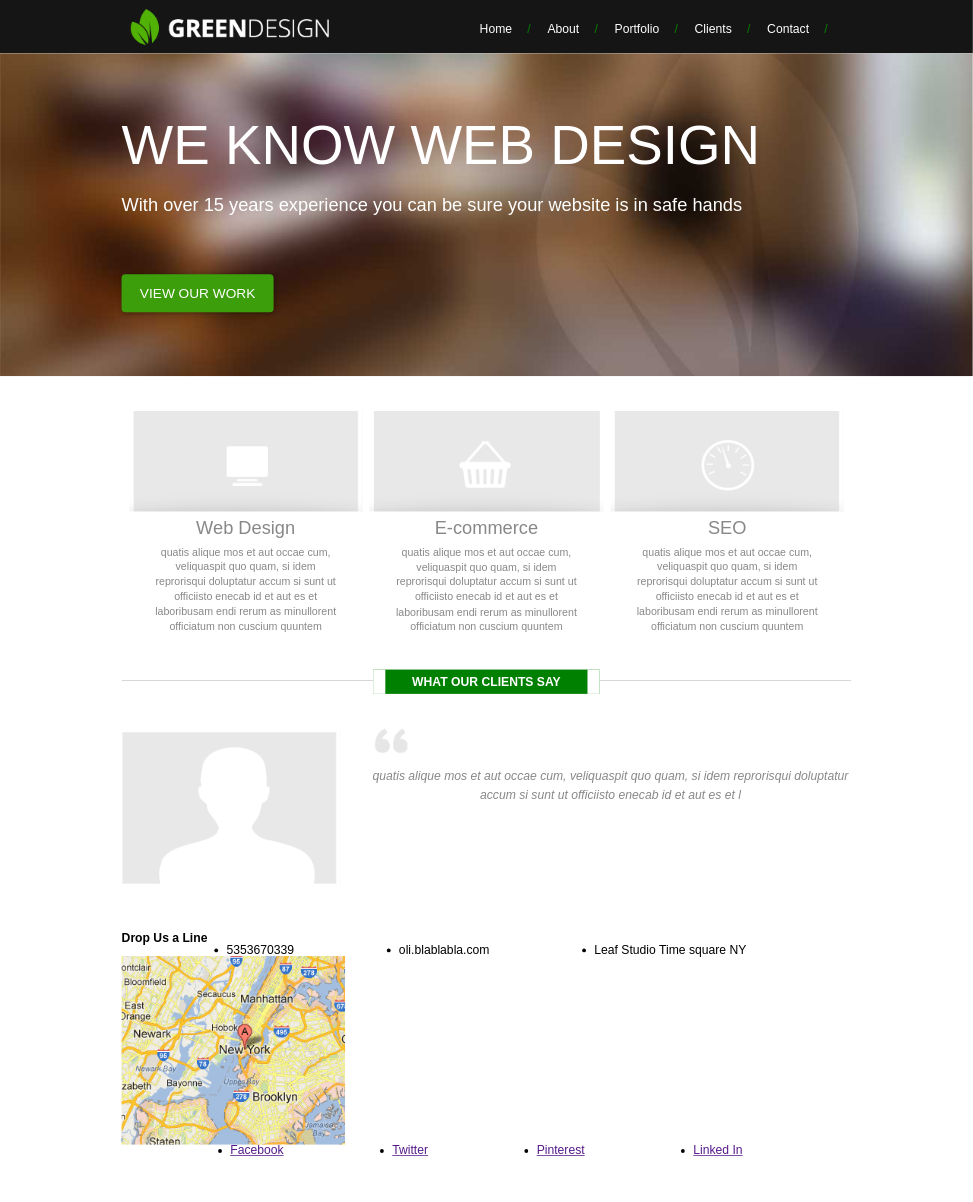
Repository: Piterwk1/psd-to-html
Page: website/index.html
The author's editor kept a copy of each file at every save. The page is drawn from the files as they stood at one save, then again after the next save.
The browser window is 1280 px wide. The pictures show the whole page, at 76% of full size.

Above is the page before, as saved 2021-09-14 21:48:57.

### website/index.html
<html lang="en">

<head>
    <meta charset="UTF-8">
    <meta http-equiv="X-UA-Compatible" content="IE=edge">
    <meta name="viewport" content="width=device-width, initial-scale=1.0">
    <title>Green Design</title>
    <link rel="stylesheet" href="style.css">
</head>

<body>
    <header>
        <div class="wrapper">
            <h1 id="logo">Green Design</h1>
            <nav>
                <h2>Main Navigation</h2>
                <ul>
                    <li><a href="">Home</a><span>/</span></li>
                    <li><a href="">About</a><span>/</span></li>
                    <li><a href="">Portfolio</a><span>/</span></li>
                    <li><a href="">Clients</a><span>/</span></li>
                    <li><a href="">Contact</a><span>/</span></li>
                </ul>
            </nav>
        </div>
    </header>
    <div id="lead-banner">
        <img src="images/Baner.jpg" alt="main banner">
        <div class="banner-overlay">
            <div class="wrapper">
                <div class="banner-title">We know web Design</div>
                <p>With over 15 years experience you can be sure your website is in safe hands</p>
                <a href="">View our work</a>
            </div>
        </div>
    </div>
    <div id="main-content">

        <div class="wrapper">

            <section id="points-of-sale">
                <h2>Point of Sale</h2>
                <ul>
                    <li>
                        <img src="images/cs1.png" alt="Web Design">
                        <h3>Web Design</h3>
                        <p>quatis alique mos et aut occae cum, veliquaspit quo quam, si idem reprorisqui doluptatur
                            accum si
                            sunt ut officiisto enecab id et aut es et laboribusam endi rerum as minullorent officiatum
                            non
                            cuscium quuntem</p>
                    </li>
                    <li>
                        <img src="images/cs2.png" alt="E-commerce">
                        <h3>E-commerce</h3>
                        <p>quatis alique mos et aut occae cum, veliquaspit quo quam, si idem reprorisqui doluptatur
                            accum si
                            sunt ut officiisto enecab id et aut es et laboribusam endi rerum as minullorent officiatum
                            non
                            cuscium quuntem</p>
                    </li>
                    <li>
                        <img src="images/cs3.png" alt="SEO">
                        <h3>SEO</h3>
                        <p>quatis alique mos et aut occae cum, veliquaspit quo quam, si idem reprorisqui doluptatur
                            accum si
                            sunt ut officiisto enecab id et aut es et laboribusam endi rerum as minullorent officiatum
                            non
                            cuscium quuntem</p>
                    </li>
                </ul>
            </section>
            <section id="clients">
                <h2>What Our Clients Say</h2>
                <div class="clients">
                    <img src="images/head.png" alt="head">
                    <!-- <img src="images/quotes.png" alt="quotes"> -->
                    <blockquote>quatis alique mos et aut occae cum, veliquaspit quo quam, si idem reprorisqui doluptatur
                        accum
                        si sunt ut officiisto enecab id et aut es et l</blockquote>
                </div>
            </section>
            <section id="contact">
                <h2>Drop Us a Line</h2>
                <ul id="contact-methods">
                    <li>5353670339</li>
                    <li>oli.blablabla.com</li>
                    <li>
                        <span>Leaf Studio</span>
                        <span>Time square</span>
                        <span>NY</span>
                    </li>
                </ul>
                <img src="images/map.png" alt="map">
                <ul id="social-map">
                    <li class="facebook"><a href="">Facebook</a></li>
                    <li class="twitter"><a href="">Twitter</a></li>
                    <li class="pinterest"><a href="">Pinterest</a></li>
                    <li class="linked-in"><a href="">Linked In</a></li>
                </ul>
            </section>
        </div>
    </div>
</body>

</html>

### website/style.css
html,
body,
div,
span,
object,
iframe,
h1,
h2,
h3,
h4,
h5,
h6,
p,
blockquote,
pre,
abbr,
address,
cite,
code,
del,
dfn,
em,
img,
ins,
kbd,
q,
samp,
small,
strong,
sub,
sup,
var,
b,
i,
dl,
dt,
dd,
ol,
ul,
li,
fieldset,
form,
label,
legend,
table,
caption,
tbody,
tfoot,
thead,
tr,
th,
td,
article,
aside,
canvas,
details,
figcaption,
figure,
footer,
header,
hgroup,
menu,
nav,
section,
summary,
time,
mark,
audio,
video {
  margin: 0;
  padding: 0;
  border: 0;
  outline: 0;
  font-size: 100%;
  vertical-align: baseline;
  background: transparent;
  font-family: arial;
}

body {
  line-height: 1;
}

article,
aside,
details,
figcaption,
figure,
footer,
header,
hgroup,
menu,
nav,
section {
  display: block;
}

nav ul {
  list-style: none;
}

blockquote,
q {
  quotes: none;
}

blockquote:before,
blockquote:after,
q:before,
q:after {
  content: "";
  content: none;
}

a {
  margin: 0;
  padding: 0;
  font-size: 100%;
  vertical-align: baseline;
  background: transparent;
}

/* change colours to suit your needs */
ins {
  background-color: #ff9;
  color: #000;
  text-decoration: none;
}

/* change colours to suit your needs */
mark {
  background-color: #ff9;
  color: #000;
  font-style: italic;
  font-weight: bold;
}

del {
  text-decoration: line-through;
}

abbr[title],
dfn[title] {
  border-bottom: 1px dotted;
  cursor: help;
}

table {
  border-collapse: collapse;
  border-spacing: 0;
}

/* change border colour to suit your needs */
hr {
  display: block;
  height: 1px;
  border: 0;
  border-top: 1px solid #cccccc;
  margin: 1em 0;
  padding: 0;
}

input,
select {
  vertical-align: middle;
}

header div {
  display: flex;
  justify-content: space-between;
  width: 100%;
  max-width: 960px;
  margin: 0 auto;
}

.wrapper {
  width: 100%;
  max-width: 960px;
  margin: 0 auto;
}

header {
  background: #151515;
}

#logo {
  background: url(images/Logo.png) no-repeat;
  height: 70px;
  width: 280px;
  text-indent: -100000px;
}

header nav {
  margin-top: 30px;
  margin-right: 20px;
  width: 50%;
}

header nav h2 {
  height: 0;
  text-indent: -100000px;
}
header nav a {
  color: #fff;
  text-decoration: none;
  font-family: arial;
}

header nav ul {
  display: flex;
  justify-content: space-around;
}

header nav span {
  color: green;
  margin-left: 20px;
}

#lead-banner img {
  width: 100%;
}

#lead-banner {
  max-height: 440px;
  overflow: hidden;
  position: relative;
}

.banner-overlay {
  position: absolute;
  top: 20%;
  width: 100%;
}

.banner-title {
  color: #fff;
  text-transform: uppercase;
  font-size: 72px;
}

#lead-banner p {
  color: #fff;
  font-size: 24px;
  min-width: 600px;
  margin-top: 30px;
}

#lead-banner a {
  color: #fff;
  display: block;
  width: 200px;
  font-size: 18px;
  text-align: center;
  padding: 16px 0;
  text-decoration: none;
  text-transform: uppercase;
  border-radius: 5px;
  margin-top: 80px;
  box-shadow: 1px 1px 6px rgba(0, 0, 0, 0.4);

  /* Permalink - use to edit and share this gradient: https://colorzilla.com/gradient-editor/#3c9e0a+0,3c9e0a+100 */
  background: #3c9e0a; /* Old browsers */
  background: -moz-linear-gradient(
    top,
    #3c9e0a 0%,
    #3c9e0a 100%
  ); /* FF3.6-15 */
  background: -webkit-linear-gradient(
    top,
    #3c9e0a 0%,
    #3c9e0a 100%
  ); /* Chrome10-25,Safari5.1-6 */
  background: linear-gradient(
    to bottom,
    #3c9e0a 0%,
    #3c9e0a 100%
  ); /* W3C, IE10+, FF16+, Chrome26+, Opera12+, Safari7+ */
  filter: progid:DXImageTransform.Microsoft.gradient( startColorstr='#3c9e0a', endColorstr='#3c9e0a',GradientType=0 ); /* IE6-9 */
}

section {
    margin: 40px 0 60px;
}

section#points-of-sale ul {
    list-style: none;
}

#points-of-sale h2 {
    height: 0;
    text-indent: -10000px;
}

section ul {
    display: flex;
    justify-content: space-evenly;
}

#points-of-sale li {
    width: 32%;
}

#points-of-sale li img {
    width: 100%;
}

#points-of-sale li h3 {

    text-align: center;
    color:  #888;
    font-size: 24px;
    font-weight: normal;
    margin: 10px  10px;
}

#points-of-sale p {
    text-align: center;
    width: 80%;
    margin: 0 10%;
    font-size: 14px;
    color: #888;
    line-height: 1.4em;
}

#clients {
    border-top: 1px solid #ccc;
    padding-top: 30px;
}

#clients h2{
background: green;
color: #fff;
padding: 8px;
text-align: center;
width: 250px;
text-transform: uppercase;
position: relative;
top: -45px;
margin: 0 auto;
border-left: 16px solid #fff;
border-right: 16px solid #fff;
}

.clients {
    display: flex;
    justify-content: space-between;
}
.clients img{
    width: 30%;
}

#clients blockquote {
    width: 66%;
    text-align: center;
    font-style: italic;
    line-height: 1.6em;
    color: #888;
    padding-top: 50px;
    background: url(images/quotes.png) no-repeat;
}

After the next save:
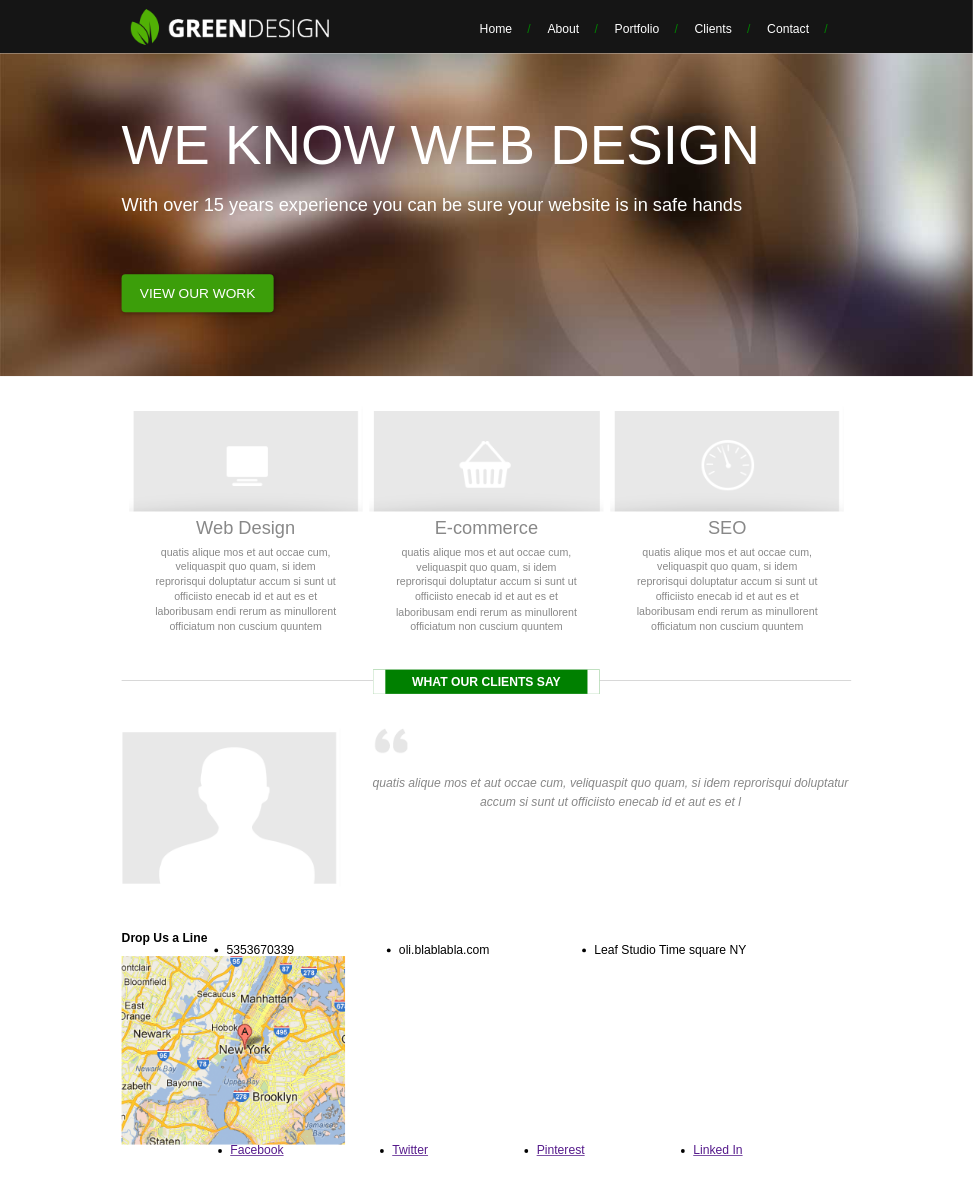
Saved 8 s later.
--- a/website/style.css
+++ b/website/style.css
@@ -355,6 +355,6 @@ border-right: 16px solid #fff;
     font-style: italic;
     line-height: 1.6em;
     color: #888;
-    padding-top: 50px;
+    padding-top: 60px;
     background: url(images/quotes.png) no-repeat;
 }
